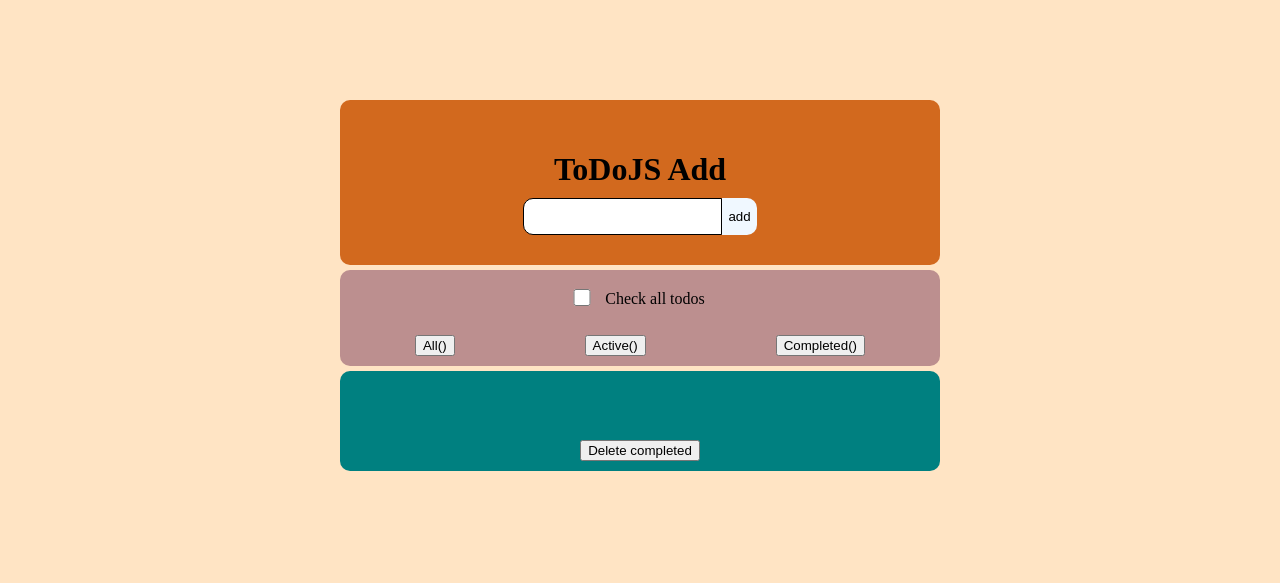
Repository: Savich01/todoTest
Page: index.html
These files come from the project's save history. The page is drawn as it stood at one moment and after the next save; the edit follows.
The browser window is 1280 px wide. The pictures show the whole page.

Above is the page before, as saved 2024-05-08 15:43:29.

After the next save:
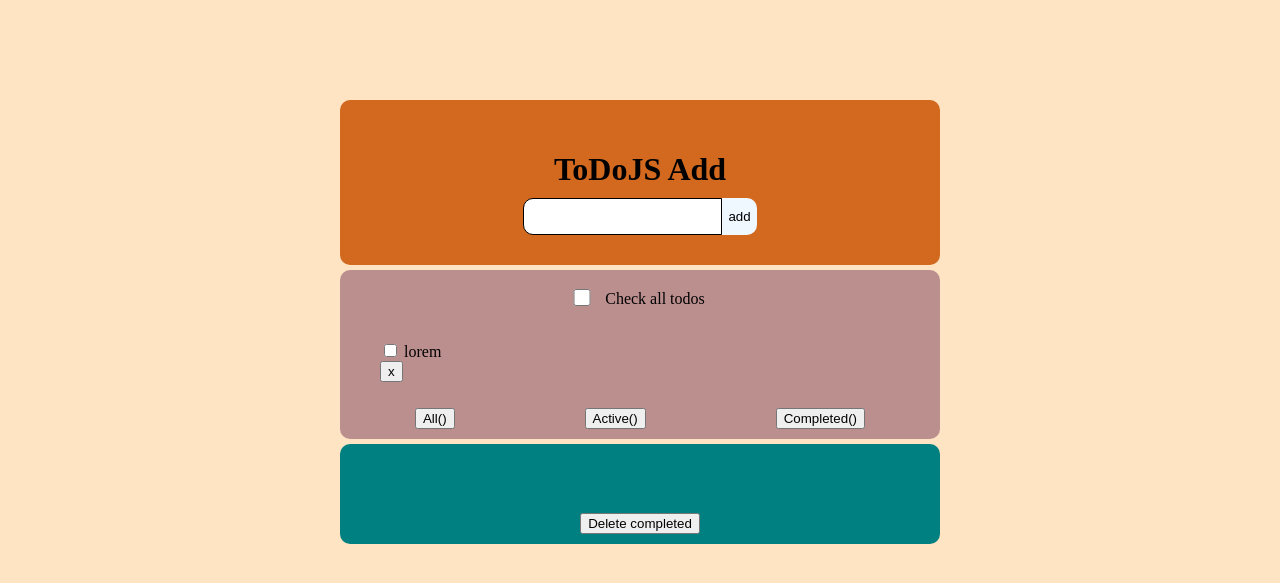
Saved 2 min 11 s later.
--- a/index.html
+++ b/index.html
@@ -29,15 +29,15 @@
                 </ul>
             <div class="main-container">
 
-                <!-- <ul class="main-container--list">
+                <ul class="main-container--list">
                     <li class="main-container--list-link">
-                        <input class="main-checked" type="checkbox" data-action="done">
+                        <input class="main-checked" data-action="done" type="checkbox">
                         <span class="main-text">lorem</span>
                     </li>
                     <button class="main--list-btn" data-action = "delete">
                         х
                     </button>
-               </ul> -->
+               </ul>
 
             </div>
 
